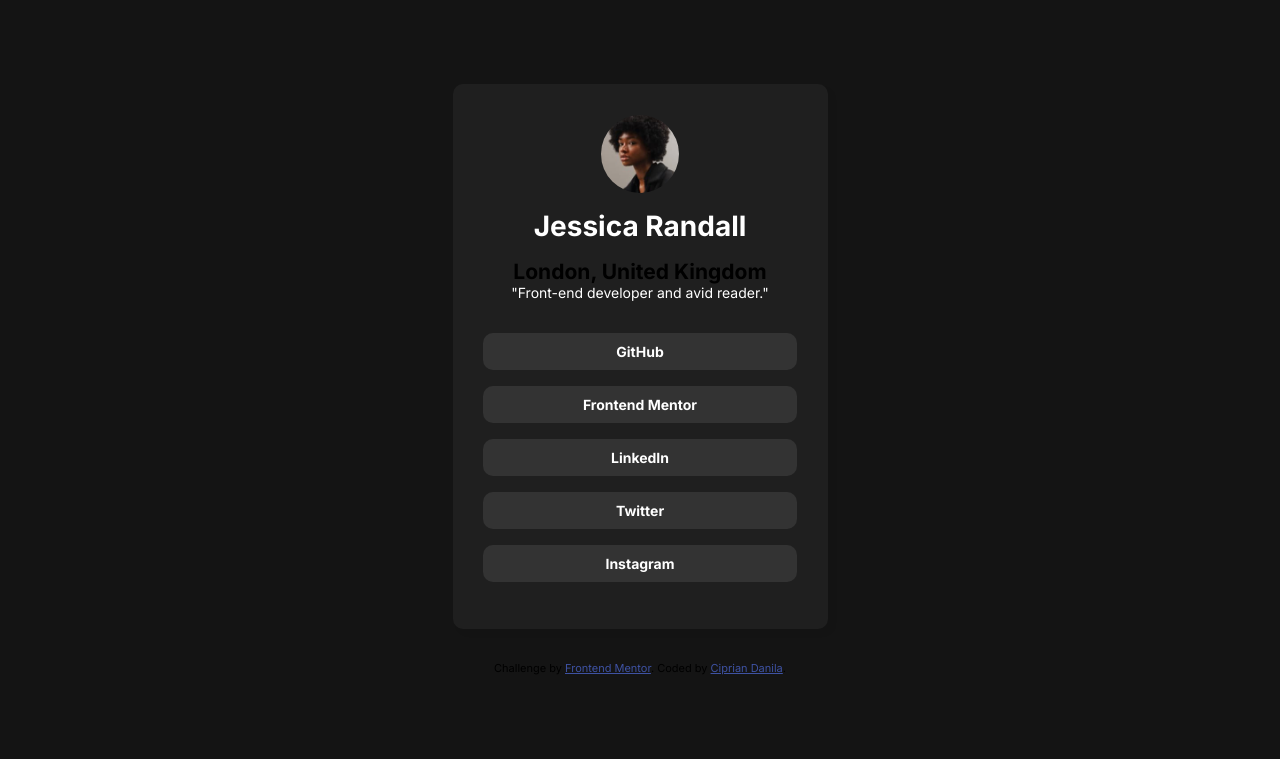
Repository: cipdanila/social-links-profile
Page: index.html
An editor plug-in stored every save of this project. The page is shown before and after the next save, followed by the edit.
The browser window is 1280 px wide. The pictures show the whole page.

Above is the page before, as saved 2024-01-20 18:22:29.

### index.html
<!DOCTYPE html>
<html lang="en">
    <head>
        <meta charset="UTF-8" />
        <meta name="viewport" content="width=device-width, initial-scale=1.0" />
        <!-- displays site properly based on user's device -->

        <link rel="icon" type="image/png" sizes="32x32" href="./assets/images/favicon-32x32.png" />
        <link rel="stylesheet" href="styles.css" />

        <title>Frontend Mentor | Social links profile</title>
    </head>
    <body>
        <main>
            <div class="container">
                <img src="./assets/images/avatar-jessica.jpeg" alt="avatar-jessica" />
                <h1>Jessica Randall</h1>
                <h2>London, United Kingdom</h2>
                <p>"Front-end developer and avid reader."</p>
                <a href="https://github.com/" target="_blank" rel="noopener noreferrer">GitHub</a>
                <a href="https://www.frontendmentor.io" target="_blank" rel="noopener noreferrer">Frontend Mentor</a>
                <a href="https://www.linkedin.com/" target="_blank" rel="noopener noreferrer">LinkedIn</a>
                <a href="https://twitter.com/" target="_blank" rel="noopener noreferrer">Twitter</a>
                <a href="https://www.instagram.com/" target="_blank" rel="noopener noreferrer">Instagram</a>
            </div>
        </main>

        <footer>
            <div class="attribution">
                Challenge by <a href="https://www.frontendmentor.io?ref=challenge" target="_blank" rel="noopener">Frontend Mentor</a>.
                Coded by <a href="https://github.com/cipdanila" target="_blank" rel="noopener noreferrer">Ciprian Danila</a>.
            </div>
        </footer>
    </body>
</html>

### styles.css
@import url("https://fonts.googleapis.com/css2?family=Inter:wght@400;600;700&display=swap");

* {
    margin: 0;
    padding: 0;
    box-sizing: border-box;
}

:root {
    --white: hsl(0, 0%, 100%);
    --grey: hsl(0, 0%, 20%);
    --dark-grey: hsl(0, 0%, 12%);
    --off-black: hsl(0, 0%, 8%);
    --green: hsl(75, 94%, 57%);
}

body {
    font-family: "Inter", sans-serif;
    font-size: 14px;
    background-color: var(--off-black);
    display: flex;
    flex-direction: column;
    align-items: center;
    justify-content: center;
    height: calc(100vh - 1px);
    margin: 1.25rem;
}

img {
    max-width: 25%;
}

.container {
    background-color: var(--dark-grey);
    padding: 1.90rem;
    border-radius: 0.625rem;
    box-shadow: 5px 5px 5px rgba(0, 0, 0, 0.05);
    display: flex;
    flex-direction: column;
    align-items: center;
    margin-bottom: 2rem;
}

.container img {
    border-radius: 50%;
    margin-bottom: 1rem;
}

.container h1 {
    color: var(--white);
    text-align: center;
    margin-bottom: 1rem;
}

.container h3 {
    color: var(--green);
    text-align: center;
    margin-bottom: 2rem;
}

.container p {
    color: var(--white);
    text-align: center;
    margin-bottom: 2rem;
}

.container a:link, .container a:visited {
    background-color: var(--grey);
    color: var(--white);
    width: 100%;
    font-weight: bold;
    padding: 10px 30px;
    text-align: center;
    text-decoration: none;
    display: block;
    margin-bottom: 1rem;
    border-radius: 0.625rem;
}

.container a:hover {
    background-color: var(--off-black);
}

.attribution {
    font-size: 11px;
    text-align: center;
}
.attribution a {
    color: hsl(228, 45%, 44%);
}

@media (min-width: 375px) {
    .container {
        width: 375px;
    }
}

After the next save:
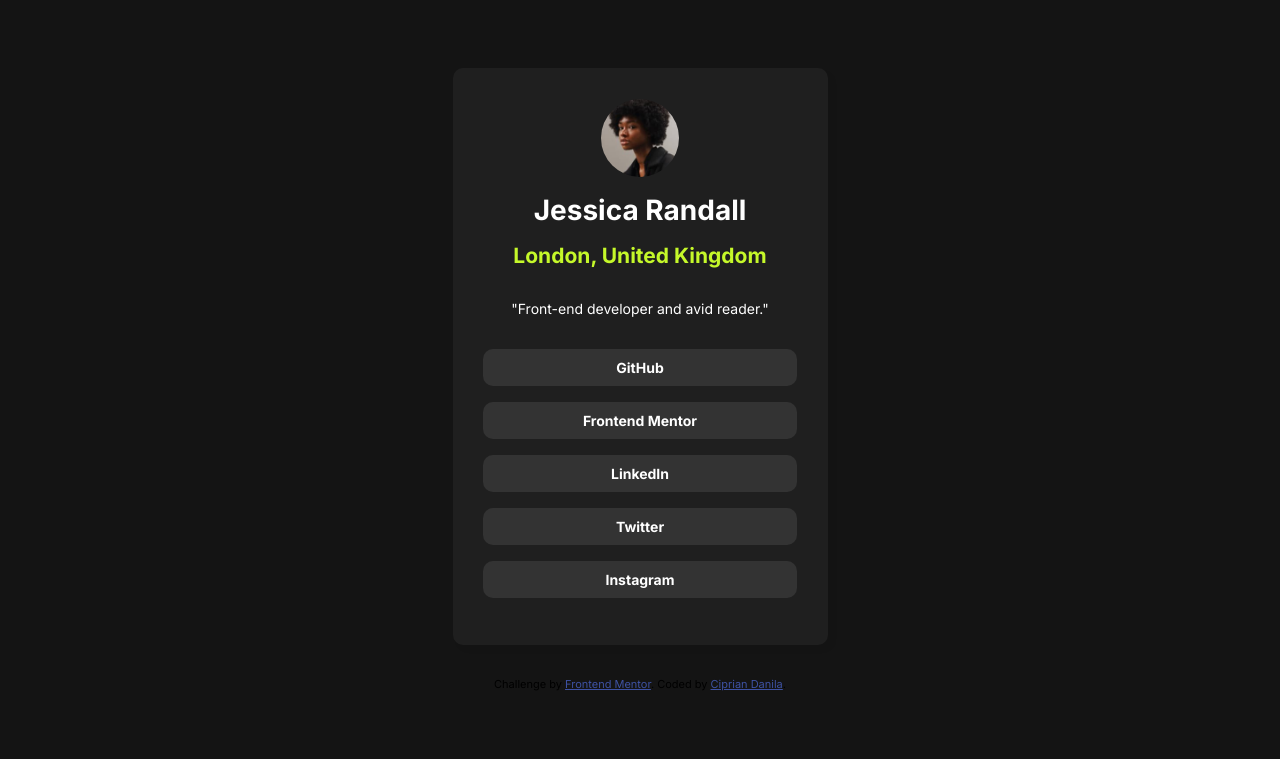
Saved 5 s later.
--- a/styles.css
+++ b/styles.css
@@ -52,7 +52,7 @@
     margin-bottom: 1rem;
 }
 
-.container h3 {
+.container h2 {
     color: var(--green);
     text-align: center;
     margin-bottom: 2rem;
